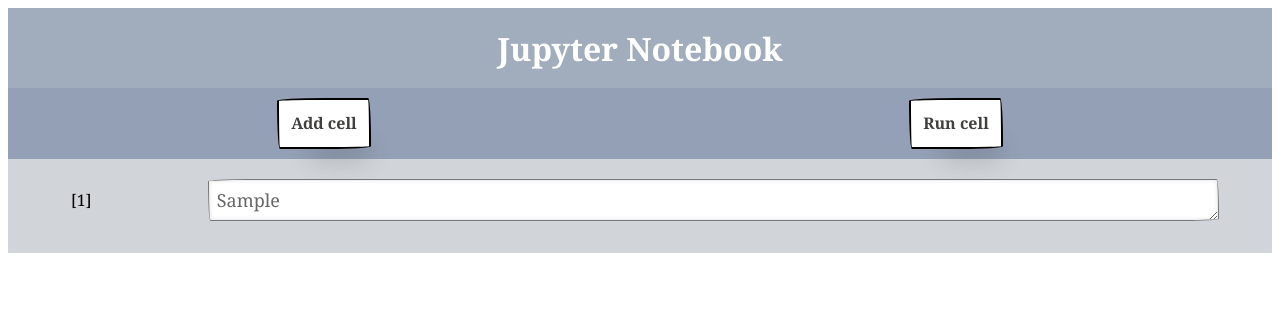
Repository: lingzi-liu/jupyter_notebook_prototype
Page: http://localhost/
These files come from the project's save history. The page is drawn as it stood at one moment and after the next save; the edit follows.
The browser window is 1280 px wide. The pictures show the whole page.
Empty fields were first filled with sample values (such as "Sample", 5 or name@example.com).
After loading, the first visible `textarea` was changed once.
The page is served by the project's application, run on Flask 3 (app.py).

Above is the page before, as saved 2022-11-13 12:37:57.

After the next save:
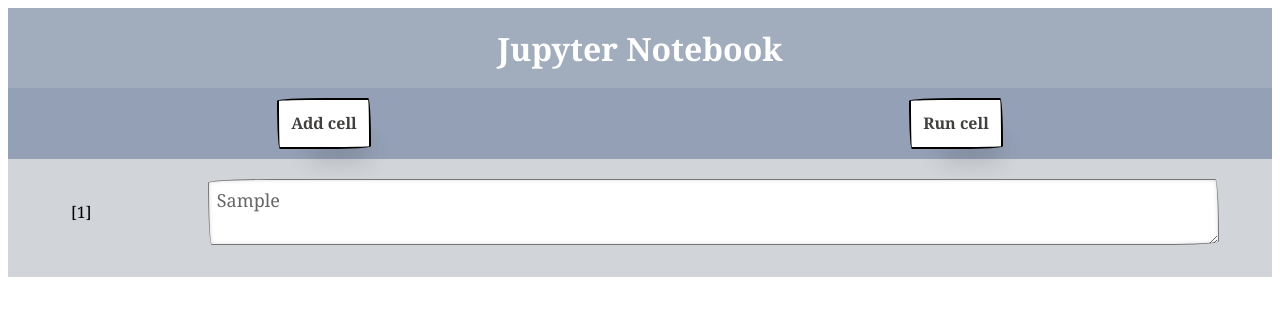
Saved 62 s later.
--- a/static/scripts/add_cell.js
+++ b/static/scripts/add_cell.js
@@ -10,7 +10,7 @@
     var cols = textbox.cols;
 
     var arraytxt = txt.split('\n');
-    var rows = arraytxt.length;
+    var rows = arraytxt.length + 1;
 
     for (i = 0; i < arraytxt.length; i++)
         rows += parseInt(arraytxt[i].length / cols);

After the 4 saves that followed:
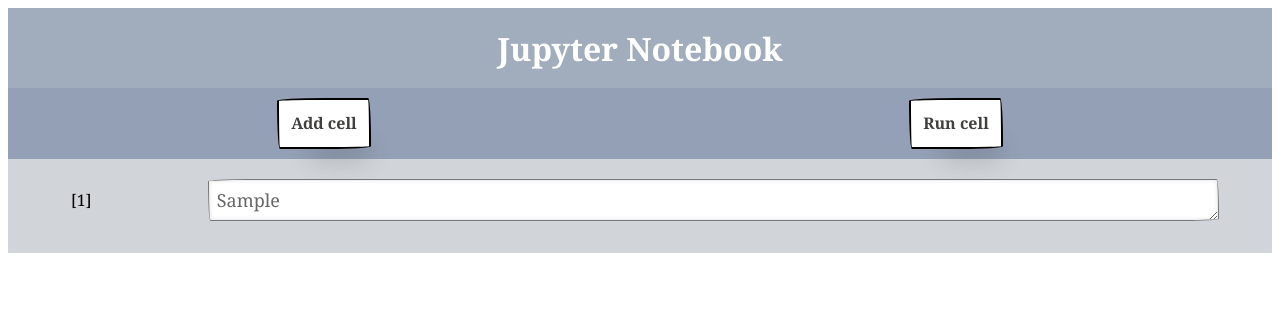
The 4 saves are shown as one change because 3 left the picture as it was.
The last was saved 3 min 30 s later.
--- a/static/scripts/add_cell.js
+++ b/static/scripts/add_cell.js
@@ -6,17 +6,19 @@
 // then we need to increase the size of the cell.
 function do_resize(textbox) {
     var maxrows = 50;
-    var txt = textbox.value;
-    var cols = textbox.cols;
+    txt = textbox.value;
+    cols = textbox.cols;
 
-    var arraytxt = txt.split('\n');
-    var rows = arraytxt.length + 1;
+    arraytxt = txt.split('\n');
+    rows = arraytxt.length == 0 ? 1 : arraytxt.length;
 
     for (i = 0; i < arraytxt.length; i++)
         rows += parseInt(arraytxt[i].length / cols);
 
-    if (rows > maxrows) textbox.rows = maxrows;
-    else textbox.rows = rows;
+    textbox.rows = rows
+
+    // if (rows > maxrows) textbox.rows = Math.max(rows, maxrows);
+    // else textbox.rows = rows;
 }
 
 // changes the selected cell based on an input cell.
